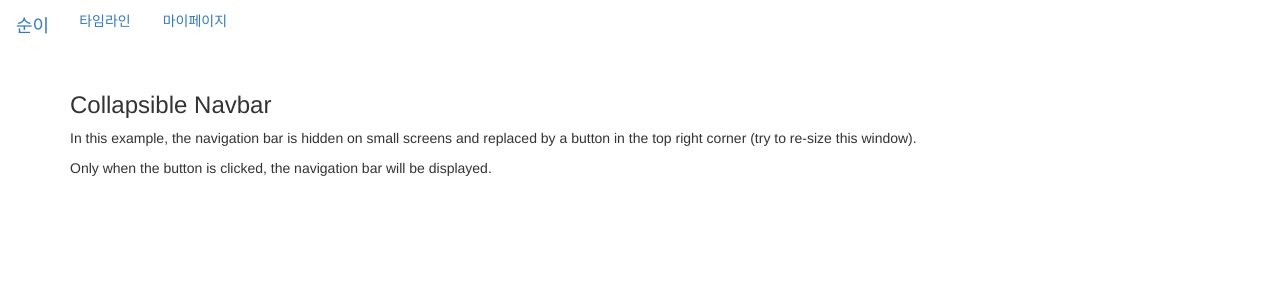
Repository: SeeUSoon93/Spring
Page: http://localhost/SpringMVC03/WEB-INF/views/index.jsp
An editor plug-in stored every save of this project. The page is shown before and after the next save, followed by the edit.
The browser window is 1280 px wide. The pictures show the whole page.
The page is served by Tomcat 9. Nobody is signed in. The template is opened directly, without the code that normally fills it, so the values that code supplies are empty.

Above is the page before, as saved 2023-10-06 02:43:46.

After the next save:
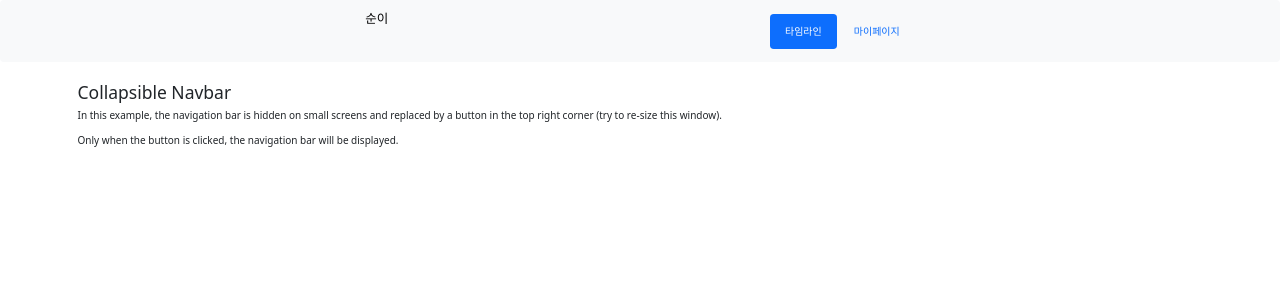
Saved 29 s later.
--- a/SpringMVC03/src/main/webapp/WEB-INF/views/common/header.jsp
+++ b/SpringMVC03/src/main/webapp/WEB-INF/views/common/header.jsp
@@ -6,9 +6,10 @@
   <title>SpringMVC03</title>
   <meta charset="utf-8">
   <meta name="viewport" content="width=device-width, initial-scale=1">
-    <link rel="stylesheet" href="https://maxcdn.bootstrapcdn.com/bootstrap/3.4.1/css/bootstrap.min.css">
+
+  <link href="https://cdn.jsdelivr.net/npm/bootstrap@5.3.2/dist/css/bootstrap.min.css" rel="stylesheet" integrity="sha384-T3c6CoIi6uLrA9TneNEoa7RxnatzjcDSCmG1MXxSR1GAsXEV/Dwwykc2MPK8M2HN" crossorigin="anonymous">
   <script src="https://ajax.googleapis.com/ajax/libs/jquery/3.6.4/jquery.min.js"></script>
-  <script src="https://maxcdn.bootstrapcdn.com/bootstrap/3.4.1/js/bootstrap.min.js"></script>
+  <script src="https://cdn.jsdelivr.net/npm/bootstrap@5.3.2/dist/js/bootstrap.bundle.min.js" integrity="sha384-C6RzsynM9kWDrMNeT87bh95OGNyZPhcTNXj1NW7RuBCsyN/o0jlpcV8Qyq46cDfL" crossorigin="anonymous"></script>
 </head>
 <body>
 
